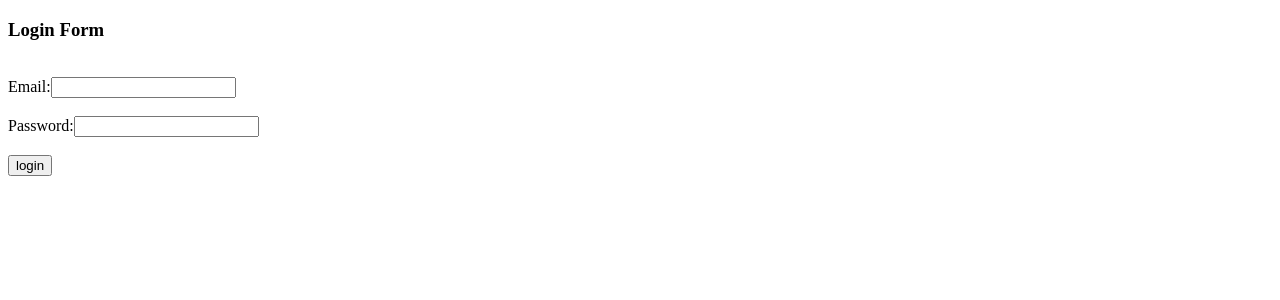
Repository: Shveta625/EmfRepository
Page: http://localhost/UserRegistration/
An editor plug-in stored every save of this project. The page is shown before and after the next save, followed by the edit.
The browser window is 1280 px wide. The pictures show the whole page.
The page is served by Tomcat 9.

Above is the page before, as saved 2017-11-06 06:11:51.

After the next save:
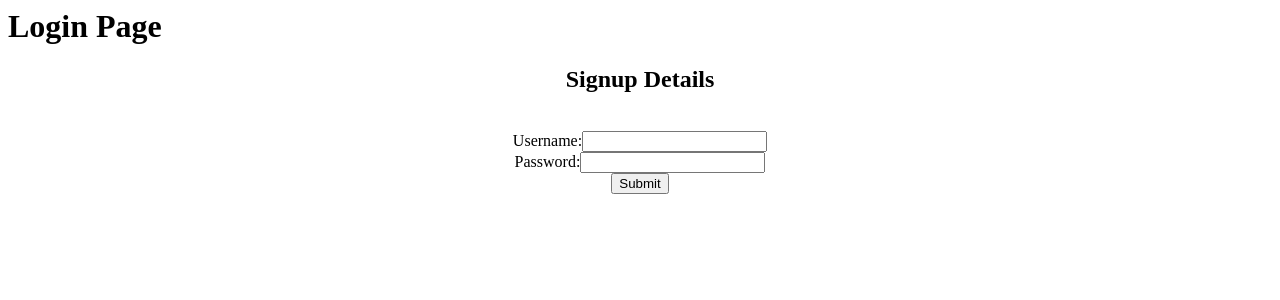
Saved 9 min 15 s later.
--- a/UserRegistration/WebContent/Login.jsp
+++ b/UserRegistration/WebContent/Login.jsp
@@ -1,27 +1,18 @@
-<%@ page language="java" contentType="text/html; charset=UTF-8"
-    pageEncoding="UTF-8"%>
-<!DOCTYPE html PUBLIC "-//W3C//DTD HTML 4.01 Transitional//EN" "http://www.w3.org/TR/html4/loose.dtd">
+ <%@page contentType="text/html" pageEncoding="UTF-8"%>
 <html>
-<head>
-<meta http-equiv="Content-Type" content="text/html; charset=UTF-8">
-<title>Insert title here</title>
-</head>
-
-<h3>Login Form</h3>
-<%
-String profile_msg=(String)request.getAttribute("profile_msg");
-if(profile_msg!=null){
-out.print(profile_msg);
-}
-String login_msg=(String)request.getAttribute("login_msg");
-if(login_msg!=null){
-out.print(login_msg);
-}
- %>
- <br/>
-<form action="loginprocess.jsp" method="post">
-Email:<input type="text" name="email"/><br/><br/>
-Password:<input type="password" name="password"/><br/><br/>
-<input type="submit" value="login"/>
-</form>
+    <head>
+        <meta http-equiv="Content-Type" content="text/html; charset=UTF-8">
+        <title>JSP Page</title>
+    </head>
+    <body>
+        <h1>Login Page</h1>
+        <center>
+            <h2>Signup Details</h2>
+            <form action="LoginCheck.jsp" method="post">
+            <br/>Username:<input type="text" name="username">
+            <br/>Password:<input type="password" name="password">
+            <br/><input type="submit" value="Submit">
+            </form>
+        </center>
+    </body>
 </html>
